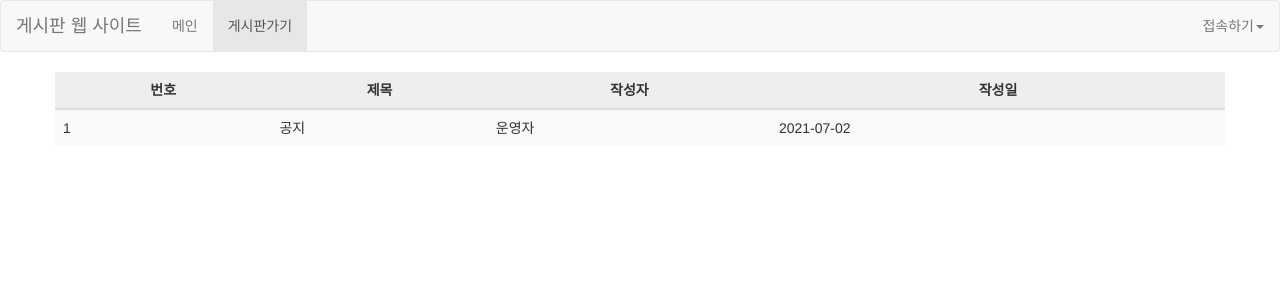
Repository: dbfjd01/save
Page: http://localhost/BBS/bbs.jsp
The author's editor kept a copy of each file at every save. The page is drawn from the files as they stood at one save, then again after the next save.
The browser window is 1280 px wide. The pictures show the whole page.
Some web libraries are served in a nearby version. The page is served by Tomcat 9. Other server files are loaded and not shown.

Above is the page before, as saved 2021-07-02 04:52:49.

### Test/BBS/src/main/webapp/bbs.jsp
<%@ page language="java" contentType="text/html; charset=UTF-8"
    pageEncoding="UTF-8"%>
<!DOCTYPE html>
<html>
<head>
<meta charset="UTF-8">
<!-- 화면 최적화 -->
<meta name="viewport" content="width-device-width", initial-scale="1">
<!-- 루트 폴더에 부트스트랩을 참조하는 링크 -->
<link rel="stylesheet" href="css/bootstrap.css">
<title>로그인</title>
</head>
<body>
<%
//메인 페이지로 이동했을때 세션에 값이 담겨있는지 체크
String userID=null;
if(session.getAttribute("userID")!=null){
	userID=(String)session.getAttribute("userID");
}
%>
<nav class="navbar navbar-default">
	<div class="navbar-header"><!-- 상단 -->
		<button type="button" class="navbar-toggle collapsed"
		data-toggle="collapse" data-target="#bs-example-navbar-collapse-1"
		aria-expanded="false">
		<span class="icon-bar"></span>
		<span class="icon-bar"></span>
		<span class="icon-bar"></span>
		</button>
		<a class="navbar-brand" href="main.jsp">게시판 웹 사이트</a>
		<!-- 클릭시 메뉴로 이동 -->
	</div>
	<!-- 메뉴영역 -->
	<div class="collapsed navbar-collapse" id="bs-example-navbar-collapse-1">
		<ul class="nav navbar-nav">
			<li><a href="main.jsp">메인</a></li>
			<li class="active"><a href="bbs.jsp">게시판가기</a></li>
		</ul>
		<%
			//로그인 하지 않았을때 보여지는 화면
			if(userID==null){
		%>
			<!-- 헤더 우측에 나타나는 드랍다운 영역 -->
			<ul class="nav navbar-nav navbar-right">
				<li class="dropdown">
					<a href="#" class="dropdown-toggle"
						data-toggle="dropdown" role="button" aria-haspopup="true"
						aria-expanded="false">접속하기<span class="caret"></span></a>
					<!-- 드랍다운 아이템 영역 -->
					<ul class="dropdown-menu">
						<li><a href="login.jsp">로그인</a></li>
						<li><a href="join.jsp">회원가입</a></li>
					</ul>
				</li>
			</ul>
			<%
				// 로그인이 되어 있는 상태에서 보여주는 화면
				}else{
			%>
			<!-- 헤더 우측에 나타나는 드랍다운 영역 -->
			<ul class="nav navbar-nav navbar-right">
				<li class="dropdown">
					<a href="#" class="dropdown-toggle"
						data-toggle="dropdown" role="button" aria-haspopup="true"
						aria-expanded="false">회원관리<span class="caret"></span></a>
					<!-- 드랍다운 아이템 영역 -->
					<ul class="dropdown-menu">
						<li><a href="logoutAction.jsp">로그아웃</a></li>
					</ul>
				</li>
			</ul>
			<%
				}
			%>
    	</div>
    </nav>
	<!-- 게시판영역 -->
	<div class="container">
		<div class="row">
			<table class="table table-striped" style="text-align: center: border: 1px solid#dddddd">
				<thead>
					<tr>
						<th style="background-color: #eeeeee; text-align: center;">번호</th>
						<th style="background-color: #eeeeee; text-align: center;">제목</th>
						<th style="background-color: #eeeeee; text-align: center;">작성자</th>
						<th style="background-color: #eeeeee; text-align: center;">작성일</th>
					</tr>
				</thead>
				<tbody>
					<tr>
					<!-- 테스트작성해봄 -->
						<td>1</td>
						<td>공지</td>
						<td>운영자</td>
						<td>2021-07-02</td>
					</tr>
				</tbody>
			</table>
		</div>
	</div>

<!-- 부트스트랩 참조 -->
<script src="https://code.jquery.com/jquery-3.1.1.min.js"></script>
<script src="js/bootstrap.js"></script>
</body>
</html>

Loaded but not shown: Test/BBS/src/main/webapp/css/bootstrap.css (library); Test/BBS/src/main/webapp/js/bootstrap.js (library)

After the next save:
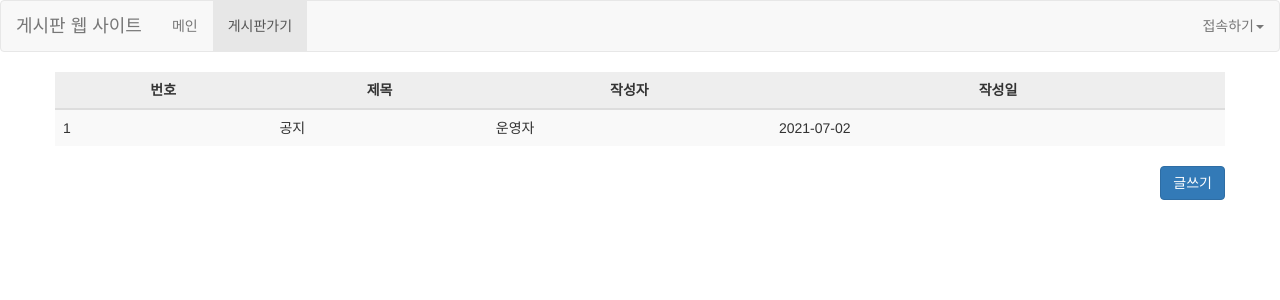
Saved 68 s later.
--- a/Test/BBS/src/main/webapp/bbs.jsp
+++ b/Test/BBS/src/main/webapp/bbs.jsp
@@ -96,6 +96,8 @@
 					</tr>
 				</tbody>
 			</table>
+			<!-- 글쓰기 버튼 -->
+			<a href="write.jsp" class="btn btn-primary pull-right">글쓰기</a>
 		</div>
 	</div>
 
